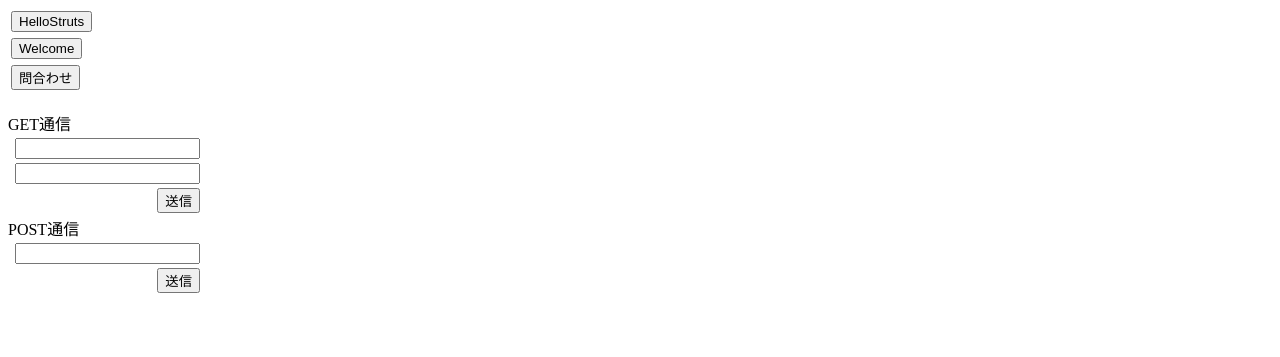
Repository: takano-yoko/test
Page: http://localhost/WebProj/
An editor plug-in stored every save of this project. The page is shown before and after the next save, followed by the edit.
The browser window is 1280 px wide. The pictures show the whole page.
The page is served by Tomcat 9. Other server files are loaded and not shown.

Above is the page before, as saved 2019-03-22 12:06:39.

### WebProj/WebContent/index.jsp
<%@ page language="java" contentType="text/html; charset=UTF-8"
    pageEncoding="UTF-8"%>

    <%@ taglib prefix="s" uri="/struts-tags" %>
<!DOCTYPE html>
<html>
<head>
<meta charset="utf-8">
<title>INDEX</title>
</head>
<body>

<s:form action="HelloStrutsAction">
<s:submit value="HelloStruts"/>
</s:form>

<s:form action="WelcomeAction">
<s:submit value="Welcome"/>

</s:form>

<s:form action="InquiryAction">
<s:submit value="問合わせ"/>
</s:form>

<br>
GET通信
<s:form method="get" action="TestAction">
<s:textfield name="username"/>
<s:password name="password"/>
<s:submit value="送信"/>
</s:form>

POST通信
<s:form method="post" action="TestAction">
<s:textfield name="username"/>
<s;password name="password"/>
<s:submit value="送信"/>
</s:form>



</body>
</html>

After the next save:
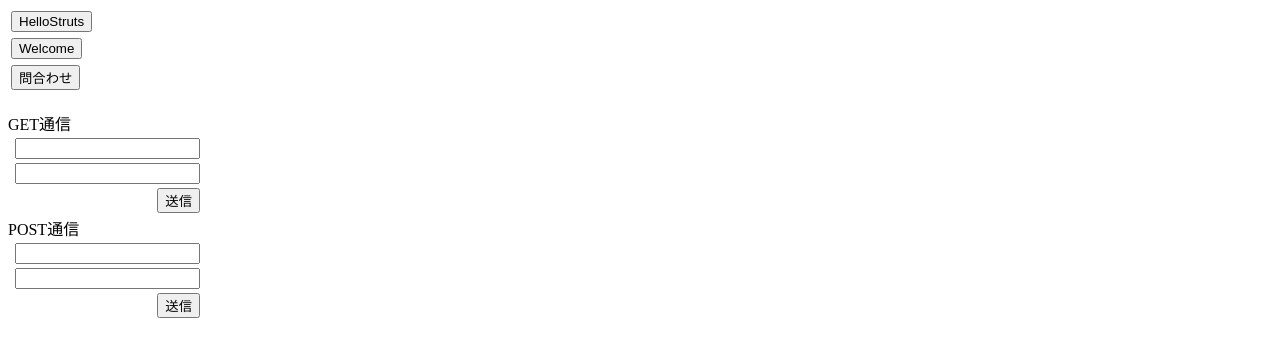
Saved 19 s later.
--- a/WebProj/WebContent/index.jsp
+++ b/WebProj/WebContent/index.jsp
@@ -34,7 +34,7 @@
 POST通信
 <s:form method="post" action="TestAction">
 <s:textfield name="username"/>
-<s;password name="password"/>
+<s:password name="password"/>
 <s:submit value="送信"/>
 </s:form>
 
